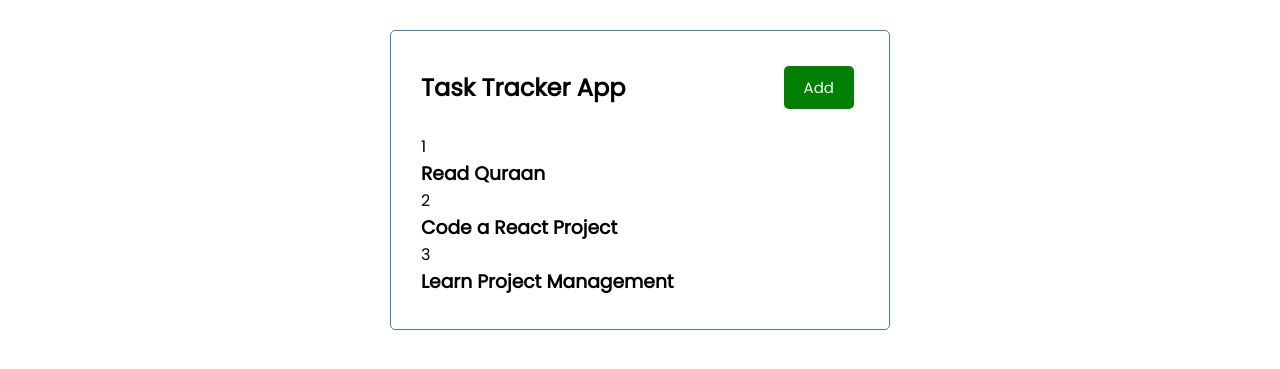
Repository: feyroozecode/task_tracker
Page: /
An editor plug-in stored every save of this project. The page is shown before and after the next save, followed by the edit.
The browser window is 1280 px wide. The pictures show the whole page.
The project was rebuilt for these pictures with package versions that can differ from the ones it lists, and the page was loaded fresh each time.

Above is the page before, as saved 2023-10-20 06:57:58.

### public/index.html
<!DOCTYPE html>
<html lang="en">
  <head>
    <meta charset="utf-8" />
    <link rel="icon" href="%PUBLIC_URL%/favicon.ico" />
    <meta name="viewport" content="width=device-width, initial-scale=1" />
    <meta name="theme-color" content="#000000" />
    <meta
      name="description"
      content="Web site created using create-react-app"
    />
    <link rel="apple-touch-icon" href="%PUBLIC_URL%/logo192.png" />

    <link rel="manifest" href="%PUBLIC_URL%/manifest.json" />

    <title>React App</title>
  </head>
  <body>
    <noscript>You need to enable JavaScript to run this app.</noscript>

    <div id="root"></div>

  </body>
</html>

### src/App.js
import Header from './components/Header'
import Tasks from './components/Tasks'

/**
 * A App component entry of the React App
*/
const App = ()  => {
   const appName = 'Task Tracker App'

   return (
     <div className="container">
      <Header title={appName} />
      <Tasks />
     </div>
   );

}

export default App;

### src/components/Header.js
import PropTypes from 'prop-types'
import AddButton from './AddButton'

/*
 * Header compnent show title and use a AddButton component for add new task
*/
const Header = ({ title }) => {

    const onClick = (e) => {
        console.log('Click Add Btn');
    }

    return (
        <header className='header'>
            <h2 > { title } </h2>
            <AddButton color='green' text='Add' onClick={onClick} />

        </header>
    )
}

// set default title
Header.defaultProps = {
    title: 'Task Tracker'
}

Header.propTypes = {
    title: PropTypes.string.isRequired  // title is required by the header
}

export default Header

### src/components/Tasks.js
const tasks = [
    {
        id: 1,
        text: 'Read Quraan',
        day: 'Oct 20th at 6h00',
        reminder: true
    },
    {
        id: 2,
        text: 'Code a React Project ',
        day: 'Oct 20th at 6h30',
        reminder: false
    },
    {
        id: 3,
        text: 'Learn Project Management',
        day: 'Oct 21th at 6h30',
        reminder: true
    },
];

const Tasks = () => {
    return (
       <>
       {
        tasks.map((task) => ( <> { task.id } <h3> {task.text} </h3> </> ))
       }
       </>
    );
}

export default Tasks

### src/components/AddButton.js
import PropTypes from 'prop-types'

/*
 * AddButton component used for adding a new task
 * @param color => define a button background color
 * @param text => a text to show on button
 * @param onClick => onClick function to call when btn is clicked
*/
const AddButton = ({color, text, onClick}) => {

    return (
     <button
         className='btn'
        style={{ backgroundColor: color }}
        onClick={onClick}
     > {text} </button>
    )
}

AddButton.defaultProps = {
    color: 'steetblue' // default color of button
}

// define a different props types to prevent error and for type checking
AddButton.propTypes = {
    text: PropTypes.string,
    color: PropTypes.string,
    onClick: PropTypes.func.isRequired
}

export default AddButton

Loaded but not shown: src/index.js (common file); src/index.css (common file)

After the next save:
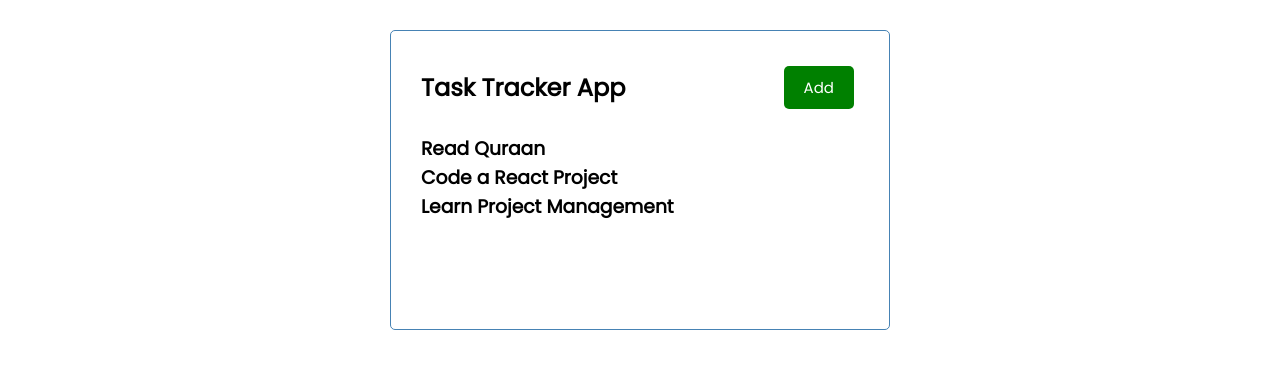
Saved 8 s later.
--- a/src/components/Tasks.js
+++ b/src/components/Tasks.js
@@ -23,7 +23,7 @@ const Tasks = () => {
     return (
        <>
        {
-        tasks.map((task) => ( <> { task.id } <h3> {task.text} </h3> </> ))
+        tasks.map((task) => ( <> { task.id.toS } <h3> {task.text} </h3> </> ))
        }
        </>
     );
